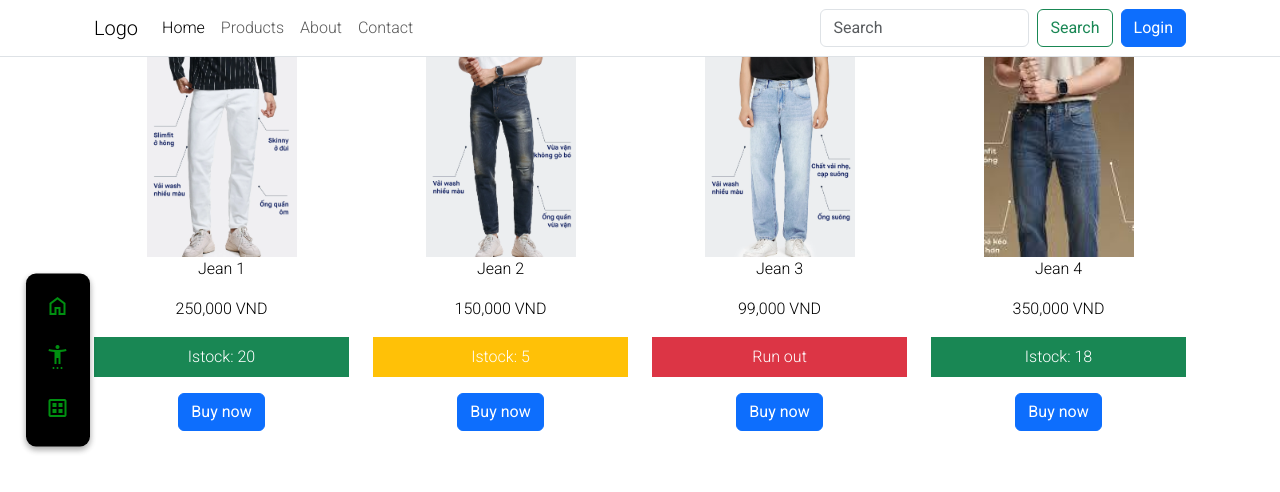
Repository: tuankiet10920/homeworkFEF
Page: /about
These files come from the project's save history. The page is drawn as it stood at one moment and after the next save; the edit follows.
The browser window is 1280 px wide. The pictures show the whole page.
The project was rebuilt for these pictures with package versions that can differ from the ones it lists, and the page was loaded fresh each time. Also part of the build but not shown: vite.config.js, src/views/HomeView.vue. Imported but missing from the stored project, and not drawn on this page: src/assets/audio/intro.mp3.

Above is the page before, as saved 2024-11-11 00:03:24.

### index.html
<!doctype html>
<html lang="en">
  <head>
    <meta charset="UTF-8" />
    <link rel="icon" href="/favicon.ico" />
    <meta name="viewport" content="width=device-width, initial-scale=1.0" />
    <link
      href="https://cdn.jsdelivr.net/npm/bootstrap@5.3.3/dist/css/bootstrap.min.css"
      rel="stylesheet"
      integrity="sha384-QWTKZyjpPEjISv5WaRU9OFeRpok6YctnYmDr5pNlyT2bRjXh0JMhjY6hW+ALEwIH"
      crossorigin="anonymous"
    />
    <link
      rel="stylesheet"
      href="https://fonts.googleapis.com/css2?family=Material+Symbols+Outlined:opsz,wght,FILL,GRAD@20..48,100..700,0..1,-50..200"
    />
    <link rel="preconnect" href="https://fonts.googleapis.com" />
    <link rel="preconnect" href="https://fonts.gstatic.com" crossorigin />
    <link
      href="https://fonts.googleapis.com/css2?family=Roboto:ital,wght@0,100;0,300;0,400;0,500;0,700;0,900;1,100;1,300;1,400;1,500;1,700;1,900&display=swap"
      rel="stylesheet"
    />
    <title>Vite App</title>
    <link rel="stylesheet" href="./src/assets/css/main.css" />
  </head>
  <body>
    <div id="app"></div>
    <script
      src="https://cdn.jsdelivr.net/npm/bootstrap@5.3.3/dist/js/bootstrap.bundle.min.js"
      integrity="sha384-YvpcrYf0tY3lHB60NNkmXc5s9fDVZLESaAA55NDzOxhy9GkcIdslK1eN7N6jIeHz"
      crossorigin="anonymous"
    ></script>
    <script type="module" src="/src/main.js"></script>
  </body>
</html>

### src/assets/css/main.css
* {
  margin: 0;
  padding: 0;
  box-sizing: border-box;
  text-decoration: none;
  color: #000;
  font-size: 16px;
  font-family: 'Roboto', sans-serif;
  font-weight: 300;
  font-style: normal;
}

### src/App.vue
<script setup>
import { RouterLink, RouterView } from 'vue-router'
import GetSrcImage from './assets/help/getSrcImage.js'
import Icon from './components/Icon.vue'
</script>

<template>
  <header>
    <div class="wrapper">
      <nav>
        <RouterLink to="/">
          <Icon iconName="home" />
        </RouterLink>

        <RouterLink to="/about">
          <Icon iconName="settings_accessibility" />
        </RouterLink>

        <RouterLink to="/labs">
          <Icon iconName="dataset" />
        </RouterLink>
      </nav>
    </div>
  </header>
  <RouterView />
</template>

<style scoped>
.wrapper nav a {
  margin-bottom: 20px;
  width: fit-content;
  text-decoration: none;
}
.wrapper nav a span {
  color: #009011;
}
.wrapper nav a:last-child {
  margin-bottom: 0;
}
nav {
  display: flex;
  flex-direction: column;
  justify-content: center;
  position: absolute;
  top: 50%;
  left: 2%;
  transform: translateY(-50%);
  padding: 20px;
  border-radius: 10px;
  background: #000;
  box-shadow:
    rgba(0, 0, 0, 0.16) 0px 3px 6px,
    rgba(0, 0, 0, 0.23) 0px 3px 6px;
}
</style>

### src/router/index.js
import { createRouter, createWebHistory } from 'vue-router'
import HomeView from '../views/HomeView.vue'

const router = createRouter({
  history: createWebHistory(import.meta.env.BASE_URL),
  routes: [
    {
      path: '/',
      name: 'home',
      component: HomeView,
    },
    {
      path: '/about',
      name: 'about',
      // route level code-splitting
      // this generates a separate chunk (About.[hash].js) for this route
      // which is lazy-loaded when the route is visited.
      component: () => import('../views/AboutView.vue'),
    },
    {
      path: '/labs',
      name: 'labs',
      component: () => import('../views/LabView.vue'),
    }
  ],
})

export default router

### src/assets/help/getSrcImage.js
const getSrcImage = (image) => {
    let __path = 'http://localhost:5173/src/assets/img/'
    return __path + image
}
export default getSrcImage

### src/components/Icon.vue
<script setup>
const props = defineProps(['iconName'])
</script>
<template>
  <span class="material-symbols-outlined"> {{ props.iconName }} </span>
</template>
<style scoped></style>

### src/views/AboutView.vue
<script setup>
import Bai5 from '../Labs/Lab1/Bai5.vue'
</script>
<template>
  <Bai5 />
</template>

<style></style>

### src/Labs/Lab1/Bai5.vue
<script setup>
import { ref } from 'vue'
const products = ref([
  {
    name: 'Jean 1',
    price: 250000,
    istock: 20,
    image: 'jean1.webp',
  },
  {
    name: 'Jean 2',
    price: 150000,
    istock: 5,
    image: 'jean2.webp',
  },
  {
    name: 'Jean 3',
    price: 99000,
    istock: 0,
    image: 'jean3.webp',
  },
  {
    name: 'Jean 4',
    price: 350000,
    istock: 18,
    image: 'jean4.jpg',
  },
])
</script>
<template>
  <header class="border-bottom">
    <div class="container">
      <nav class="navbar navbar-expand-lg">
        <div class="container-fluid">
          <a class="navbar-brand" href="#">Logo</a>
          <button
            class="navbar-toggler"
            type="button"
            data-bs-toggle="collapse"
            data-bs-target="#navbarSupportedContent"
            aria-controls="navbarSupportedContent"
            aria-expanded="false"
            aria-label="Toggle navigation"
          >
            <span class="navbar-toggler-icon"></span>
          </button>
          <div class="collapse navbar-collapse" id="navbarSupportedContent">
            <ul class="navbar-nav me-auto mb-2 mb-lg-0">
              <li class="nav-item">
                <a class="nav-link active" aria-current="page" href="#">Home</a>
              </li>
              <li class="nav-item">
                <a class="nav-link" href="#">Products</a>
              </li>
              <li class="nav-item">
                <a class="nav-link" href="#">About</a>
              </li>
              <li class="nav-item">
                <a class="nav-link" href="#">Contact</a>
              </li>
            </ul>
            <form class="d-flex" role="search">
              <input
                class="form-control me-2"
                type="search"
                placeholder="Search"
                aria-label="Search"
              />
              <button class="btn btn-outline-success" type="submit">
                Search
              </button>
            </form>
            <div
              class="auth d-flex align-items-center ms-2"
              style="height: 100%"
            >
              <button class="btn btn-primary text-white mb-0">Login</button>
            </div>
          </div>
        </div>
      </nav>
    </div>
  </header>
  <div class="products">
    <div class="container">
      <div class="container text-center">
        <div class="row">
          <div
            class="col col-12 col-sm-6 col-md-4 col-lg-3 col-xs-3 mb-4 text-center"
            style="transition: all 0.3s ease-in-out"
            v-for="product in products"
          >
            <img
              :src="`images/${product.image}`"
              style="width: 150px; height: 200px; object-fit: cover"
              alt="..."
            />
            <div class="card-body">
              <p>{{ product.name }}</p>
              <p>{{ product.price.toLocaleString() }} VND</p>
              <p
                v-if="product.istock > 10"
                class="bg-success px-5 py-2 text-white"
              >
                Istock: {{ product.istock }}
              </p>
              <p
                v-else-if="product.istock > 0"
                class="bg-warning px-5 py-2 text-white"
              >
                Istock: {{ product.istock }}
              </p>
              <p v-else class="bg-danger px-5 py-2 text-white">Run out</p>
              <a href="#" class="btn btn-primary">Buy now</a>
            </div>
          </div>
        </div>
      </div>
    </div>
  </div>
</template>
<style scoped>
@media (max-width: 576px) {
  .container,
  .container-sm {
    max-width: 100%;
  }
}
</style>

Loaded but not shown: src/main.js (common file)

After the next save:
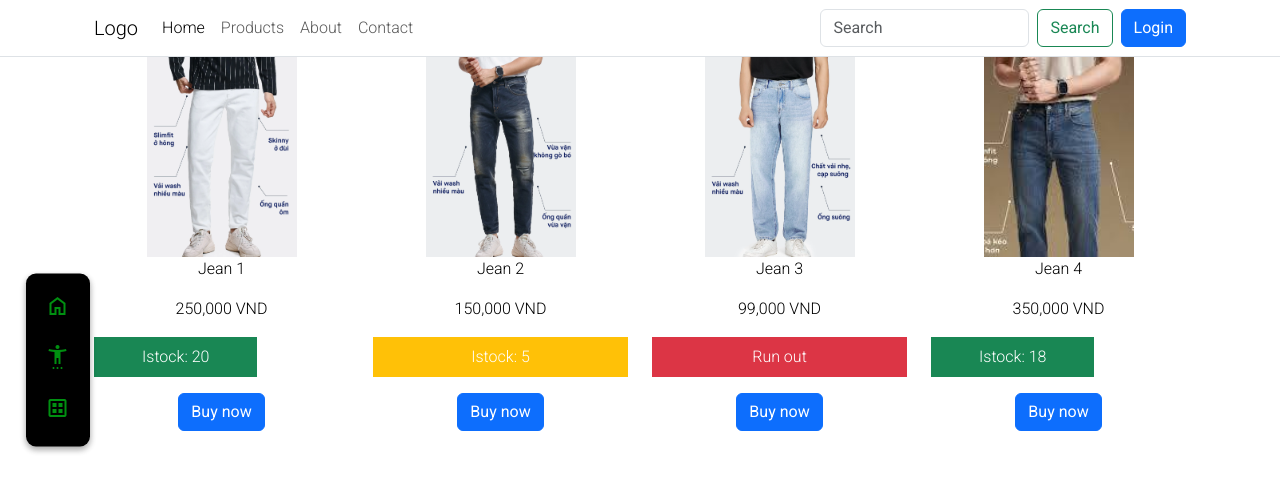
Saved 62 s later.
--- a/src/Labs/Lab1/Bai5.vue
+++ b/src/Labs/Lab1/Bai5.vue
@@ -101,6 +101,7 @@ const products = ref([
               <p
                 v-if="product.istock > 10"
                 class="bg-success px-5 py-2 text-white"
+                style="width: fit-content"
               >
                 Istock: {{ product.istock }}
               </p>
